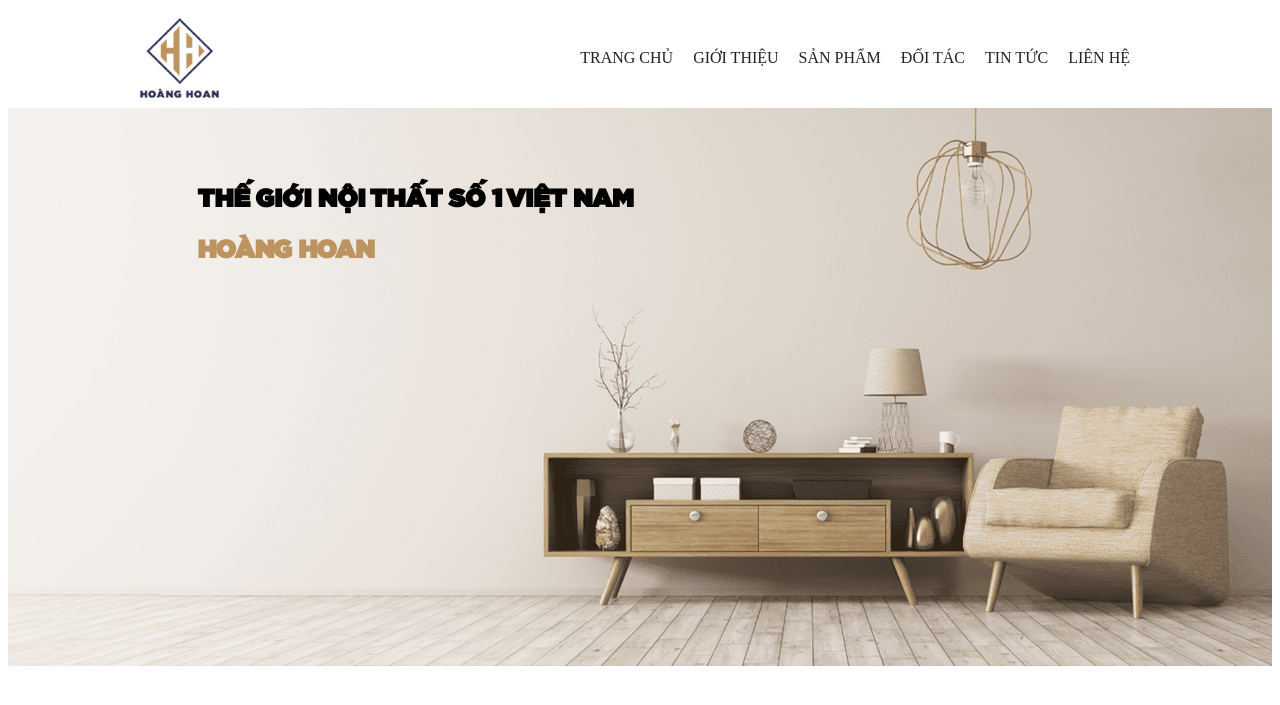
Repository: LDDUNG2003/front_end
Page: index.html
An editor plug-in stored every save of this project. The page is shown before and after the next save, followed by the edit.
The browser window is 1280 px wide. The pictures show the whole page.

Above is the page before, as saved 2023-08-28 22:09:54.

After the next save:
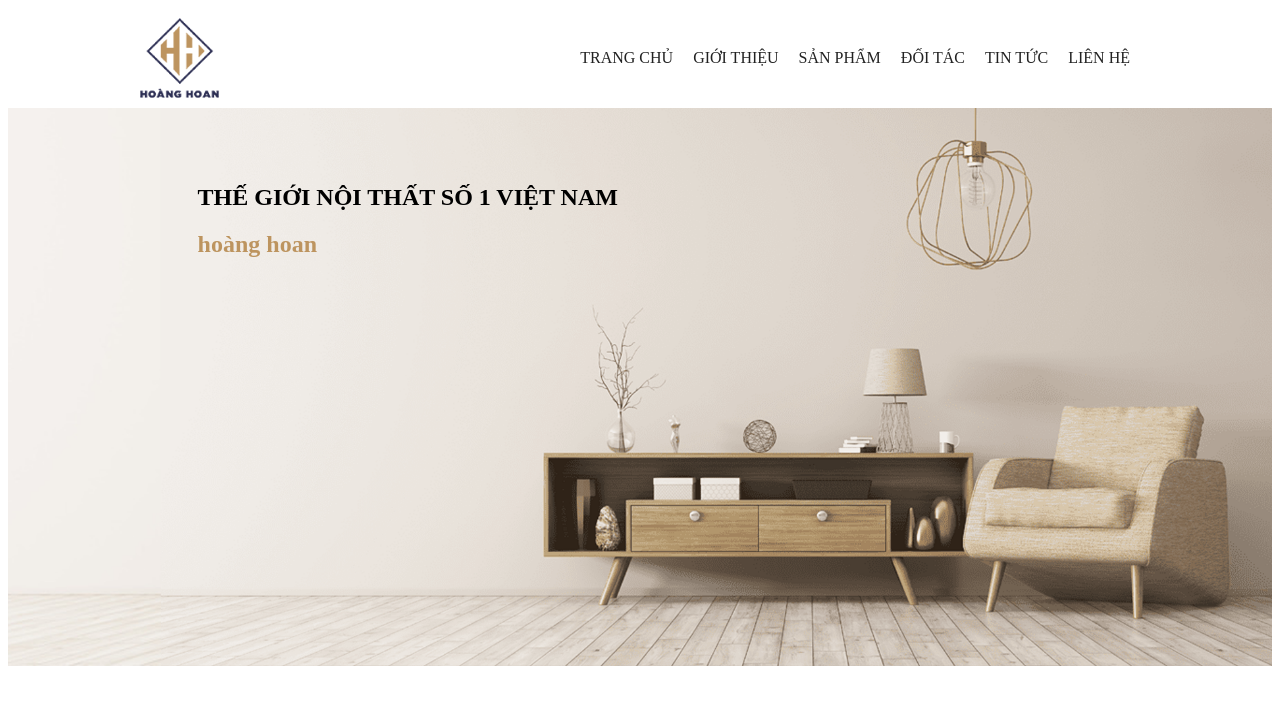
Saved 80 s later.
--- a/index.html
+++ b/index.html
@@ -40,10 +40,9 @@
                     <img class="content--image" src="./public/img/banner.png" alt="">
                 </div>
                 <div class="banner--content">
-                    <div class="banner--content-title">
-                        <h2 class="banner--content-text">THẾ GIỚI NỘI THẤT SỐ 1 VIỆT NAM</h2>
-                        <h2 class="banner--content-text" style="color: var(--primary-color)">hoàng hoan</h2>
-                    </div>
+                    <h2 class="banner--content-text-title">THẾ GIỚI NỘI THẤT SỐ 1 VIỆT NAM</h2>
+                    <h2 class="banner--content-text-title" style="color: var(--primary-color)">hoàng hoan</h2>
+                    <p class="banner--content-text"></p>
                 </div>
             </div>
             <div class="footer"></div>

After the save that followed:
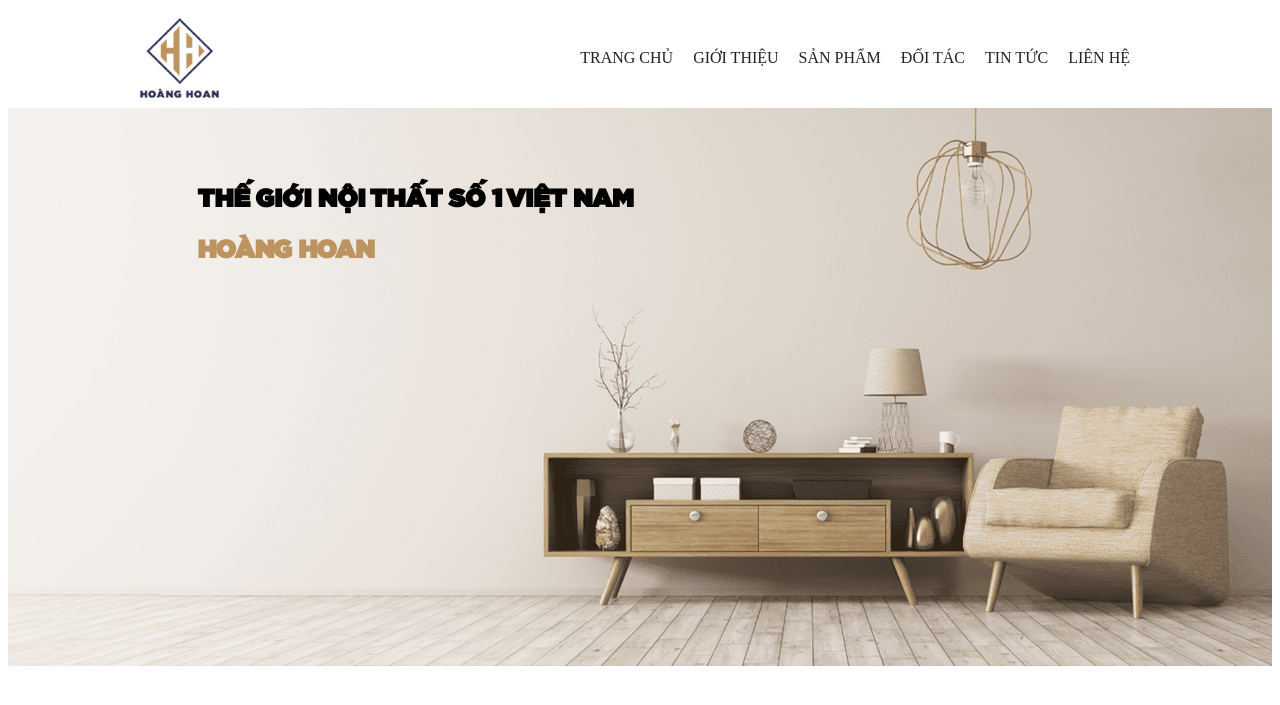
Saved 13 s later.
--- a/public/css/home.css
+++ b/public/css/home.css
@@ -27,7 +27,7 @@
 
 .banner--content-title {}
 
-.banner--content-text {
+.banner--content-text-title {
     text-transform: uppercase;
     font-family: 800;
     font-family: "gotham-utral";
